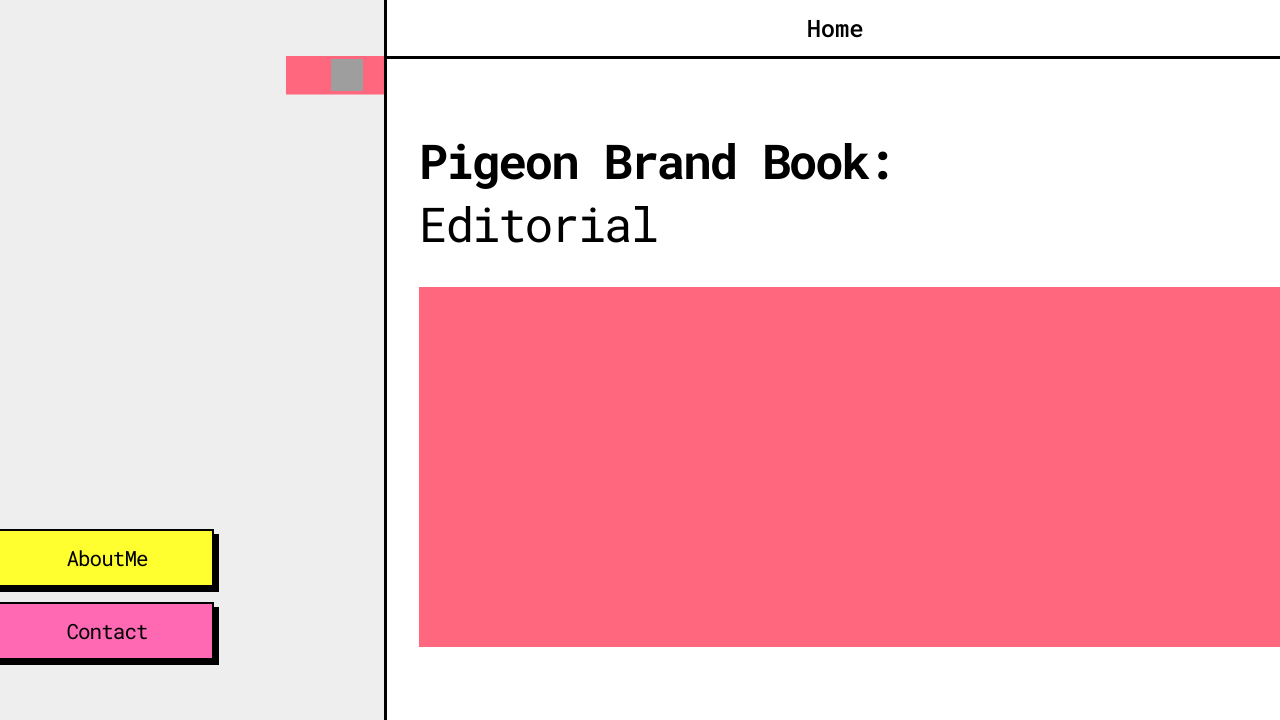
Repository: keesuk/__esuke_
Page: /Pigeon
An editor plug-in stored every save of this project. The page is shown before and after a run of saves, followed by the edit.
The browser window is 1280 px wide. The pictures show the whole page.
Pictures or frames that could not be fetched are drawn as grey boxes. The project was rebuilt for these pictures with package versions that can differ from the ones it lists, and the page was loaded fresh each time. Also part of the build but not shown: src/components/_AboutMe.jsx, src/components/_Contact.jsx, src/components/Left.js, src/components/Introduce.js, src/components/FolioList.js, src/pages/_Projects.jsx.

Above is the page before, as saved 2021-02-06 12:19:26.

### public/index.html
<!DOCTYPE html>
<html lang="kr">
  <head>
    <meta charset="utf-8" />
    <link rel="icon" href="%PUBLIC_URL%/favicon.ico" />
    <meta name="viewport" content="width=device-width, initial-scale=1" />
    <meta name="theme-color" content="#000000" />
    <meta
      name="description"
      content="Web site created using create-react-app"
    />
    <link rel="apple-touch-icon" href="%PUBLIC_URL%/logo192.png" />
    <link rel="manifest" href="%PUBLIC_URL%/manifest.json" />
    <title>React App</title>
  </head>
  <body>
    <div id="root"></div>
  </body>
</html>

### src/index.js
import React from 'react';
import ReactDOM from 'react-dom';
import './index.css';
import Root from './client/Root';
import reportWebVitals from './reportWebVitals';
import { createMuiTheme } from '@material-ui/core/styles';


createMuiTheme({
    typography: {
        useNextVariants: true,
        fontFamily: '"Noto Sans KR"'
    }
});

ReactDOM.render(<Root />, document.getElementById('root'));
reportWebVitals();

### src/index.css
@import url(https://fonts.googleapis.com/earlyaccess/notosanskr.css);
@import url(https://fonts.googleapis.com/css2?family=Roboto+Mono:wght@200;300;400;500;600;700&display=swap);

body {
    margin: 0;
    user-select: none;
    font-family: -apple-system, BlinkMacSystemFont, 'Segoe UI', 'Roboto', 'Oxygen','Ubuntu', 'Cantarell', 'Fira Sans', 'Droid Sans', 'Helvetica Neue',sans-serif;
    font-family: 'Roboto Mono', monospace !important;
    -webkit-font-smoothing: antialiased;
    -moz-osx-font-smoothing: grayscale;
    cursor: url("data:[embedded picture, 1918 characters]"), auto;
}

/* font-family: 'Noto Sans KR' !important; */

code {
    font-family: 'source-code-pro', 'Menlo', 'Monaco', 'Consolas', 'Courier New',monospace;
}

button {
    all: unset;
    cursor: url("data:[embedded picture, 2146 characters]"), pointer;
}

a {
    all: unset;
    cursor: url("data:[embedded picture, 2146 characters]"), pointer;
}

a:visited {
    color: inherit;
}

header {
    all: unset;
}

@keyframes effect {
    0%   { opacity: 0; }
    95%  { opacity: 0; }
    100% { opacity: 1; }
};

### src/client/Root.js
import React from "react";
import { BrowserRouter } from "react-router-dom";
import smoothscroll from 'smoothscroll-polyfill';
import App from "../shared/App";


const Root = () => {
    smoothscroll.polyfill()

    return(
        <BrowserRouter>
            <App/>
        </BrowserRouter>
    )
}

export default Root;

### src/shared/App.js
import { Component } from "react";
import { Route } from "react-router-dom";

import Index from "../components/Index"
import Home from "../components/Home"
import Menu from "../components/Menu"
import Left from "../components/Left"

import styled from "styled-components";
import Projects from "../pages/_Projects.jsx";

import { line_1, all_portFolio, app_Div } from "../_data/_Functions.jsx";

const RightDiv = styled.div`
    width: 70vw;
    margin-left: 30vw;
    z-index: 50;
    border-left: ${line_1};
    background-color: #FFF;
    ${app_Div}
`;
const LeftDiv = styled.div`
    width: 30vw;
    z-index: 0;
    background-color: #EEE;
    ${app_Div}
`;

class App extends Component {
    render() {
        return (<>
            <header>
                <Route path="/">
                    <Home/>
                    <Menu/>
                    <Index/>
                </Route>
            </header>
            <RightDiv>
                <Route exact path="/" component={Projects}/>
                {all_portFolio.map(v =>
                <Route
                    path={"/" + v["title"]}
                    key={v["title"]}
                    component={v["componentR"]}
                />)}
            </RightDiv>
            <LeftDiv>
                <Route path="/" component={Left}/>
            </LeftDiv>
        </>)
    }
}

export default App;

### src/components/Index.js
import React from 'react';
import styled from 'styled-components';
import { NavLink } from "react-router-dom";

import { all_portFolio } from '../_data/_Functions.jsx';

const width = 60
const hoverWidth = 140
const border = 4.5
const right = hoverWidth + 15
const height = width-5
const imgWidth = height - (border * 2)
const marginLeft = width

const IndexDiv = styled.div`
    @media all and (min-width:0px) and (max-width:1080px) {transform: scale(0.6, 0.6);}
    @media all and (min-width:1081px) {transform: scale(0.7, 0.7);}

    transform-origin: top right;
    transition: all .2s;
    position: absolute;
    z-index: 50;
    width: ${width}px;
    margin-left: -${width}px;
    height: 50vh;
    left: 30vw;
    margin-top: 3.5em;
    float: right;

    &:hover {
        @media all and (min-width:0px) and (max-width:1080px) {
            transform: scale(0.9, 0.9);
        }
        @media all and (min-width:1081px) {
            transform: scale(1.0, 1.0);
        }
    }
    .inactive {
        width: 0px;
    }
    .active {
        width: ${hoverWidth}px;
    }
`;
const IndexContent = styled(NavLink)`
    width: ${width}px;
    height: ${height}px;
    float: right;
    padding: 0;
    white-space: nowrap;
    transition: all .2s ease;
    background-color: ${props => props.color};

    &:hover {
        width: ${hoverWidth}px;
    }
    &:active {
        width: ${hoverWidth + 12}px;
    }
    .img {
        margin-left: ${marginLeft}px;
        border: ${border}px solid ${props => props.color};
        width: ${imgWidth}px;
        height: ${imgWidth}px;
    }
    .title {
        right: ${right}px;
        height: ${height}px;
        transform: translateY(-80%);
        position: absolute;
        font-size: 18px;
        font-weight: 400;
        opacity: 0;
        display: none;
    }
    &:hover .title {
        opacity: 1;
        display: block;
    }
`;

const Index = () => {
    return (
        <IndexDiv>
            {all_portFolio.map(v =>
                <IndexContent
                    to={v["title"]}
                    key={v["title"]}
                    color={v["color"]}
                    className="inactive"
                    activeClassName="active"
                >
                    <img className="img" src={v["img"]} alt={""}/>
                    <div className="title">{v["title"]}</div>
                </IndexContent>
            )}
        </IndexDiv>
    )
}

export default Index;

### src/components/Home.js
import React from 'react';
import styled from 'styled-components';
import { Link } from "react-router-dom";
import { line_1, rainbow } from '../_data/_Functions.jsx';


const HomeButton = styled.button`
    position: fixed;
    z-index: 100;
    border-left: ${line_1};
    border-bottom: ${line_1};
    background-color: white;
    width: 70vw;
    height: 3.5em;
    margin-left: 30vw;

    div {
        display: flex;
        font-size: 1.5em;
        font-weight: 500;
        width: 100%;
        justify-content: center;
        align-items: center;
        letter-spacing: -.01em;
    }
    &:after {
        content: "";
        position: absolute;
        width: 30%;
        height: .15em;
        left: 35%;
        right: 35%;
        top: 50%;
        bottom: 50%;
        visibility: hidden;
        background: ${rainbow};
    }
    &:hover:after {
        visibility: visible;
    }
`;

const Home = () => {
    return(
        <Link to="/">
            <HomeButton>
                <div>Home</div>
            </HomeButton>
        </Link>
    )
}
export default Home;

### src/components/Menu.js
import { Component } from "react";
import styled from 'styled-components';
import AboutMe from "../components/_AboutMe.jsx";
import Contact from "../components/_Contact.jsx";

import { line_3, menu_menu, menu_aboutMe } from '../_data/_Functions.jsx';

const MenuDiv = styled.div`
    position: fixed;
    z-index: 1000;
    display: grid;
    grid-gap: 15px;
    margin-left: -30px;
    bottom: 60px;
`;
const MenuObj = styled.div`
    button {
        padding-left: 30px;
        width: 210px;
        height: 54px;
        border: ${line_3};
        box-shadow: 5px 5px black;

        .open {
            font-weight: 400;
            font-size: 21px;
            width: 210px;
            letter-spacing: -1px;
            text-align: center;
            align-items: auto;
        }
        .close {
            position: absolute;
            color: white;
            z-index: 100;
            margin-left: ${props => props.leftText};
            margin-top: ${props => props.marginText};
            font-size: 12px;
            font-weight: 600;
            white-space: nowrap;
            transform: rotate(-90deg);
    }}
    .postIt {
        &:hover {
            text-decoration-line: line-through;
            text-decoration-thickness: 3.5px;
            box-shadow: 6px 6px 6px #999;
        }
        &:active {
            text-decoration-line: line-through;
            text-decoration-thickness: 2px;
            box-shadow: 2px 2px 2px #666;
    }}
    .postItAfter {
        width: ${props => props.width};
        box-shadow: none;
        border-right: 0px;

        &:hover {
            box-shadow: -4px 3.5px 3.5px rgba(0, 0, 0, .5);
        }
        &:after {
            content: "";
            position: absolute;
            width: 58px;
            height: ${props => props.height};
            left: ${props => props.left};
            margin-top: ${props => props.margin};
            background-color: black;
        }
        &:hover:after {
            box-shadow: 0em -.1em .8em rgba(0, 0, 0, .3);
        }
        &:before {
            content: "";
            position: absolute;
            left: ${props => props.left};
            margin-top: -29px;
            width: 0;
            height: 0;
            border-style: solid;
            border-width: 58px 58px 0 0;
            border-color: black transparent transparent transparent;
    }}
`;

class Menu extends Component {
    constructor(props){
        super(props)
        this.state = {
            menu: {},
            aboutMe: {},
        }
        this.postItHandler = this.postItHandler.bind(this)
        this.postItClose = this.postItClose.bind(this)
        this.postItReorder = this.postItReorder.bind(this)
    }

    componentDidMount(){
        this._menu()
        this._aboutMe()
    }
    _menu(){
        const menuObj = {}

        menu_menu.map(v => Object.assign(menuObj, {
            [v.title] : false
        }))
        this.setState({ menu : menuObj })
    }
    _aboutMe(){
        const aboutMeObj = {}

        menu_aboutMe.map(v => Object.assign(aboutMeObj, {
            [menu_aboutMe.indexOf(v)] : {
                "value": menu_aboutMe.indexOf(v),
                "bool" : false
        }}))
        this.setState({ aboutMe : aboutMeObj })
    }
    postItHandler(v){
        const bool = this.state.menu[v]
        const menuObj = this.state.menu
        const aboutMeObj = this.state.aboutMe

        if(v === "AboutMe"){
            if(bool === true){
                for(let key in aboutMeObj){
                    aboutMeObj[key]["value"] = parseInt(key)
                    aboutMeObj[key]["bool"] = false
            }}else{
                for(let key in aboutMeObj){
                    aboutMeObj[key]["bool"] = true
        }}}
        menuObj[v] = !bool

        this.setState({
            menu : menuObj,
            aboutMe : aboutMeObj
        })
    }
    postItClose(num){
        const aboutMeObj = this.state.aboutMe
        aboutMeObj[num]["bool"] = false

        this.setState({ aboutMe : aboutMeObj })
    }
    postItReorder(num){
        const aboutMeObj = this.state.aboutMe
        const last = Object.keys(aboutMeObj).length-1

        for(let key in aboutMeObj) aboutMeObj[key]["value"]--

        aboutMeObj[num]["value"] = last
        this.setState({ aboutMe : aboutMeObj })
    }


    render(){
        const { menu, aboutMe }  = this.state

        return(<>
            {menu["AboutMe"]
                ? menu_aboutMe.map((v, i) =>
                    aboutMe[i]["bool"]
                    ? <AboutMe
                        close={this.postItClose}
                        order={this.postItReorder}
                        value={aboutMe[i]["value"]}
                        tape={v["tape"]}
                        width={v["width"]}
                        color={v["color"]}
                        borColor={v["borColor"]}
                        content={v["content"]}
                        key={i}
                        num={i}/>
                    : null)
                : null
            }
            {menu["Contact"]
                ? <Contact/>
                : null
            }
            <MenuDiv>
                {menu_menu.map(v =>
                    <MenuObj
                        left={v["left"]}
                        leftText={v["leftText"]}
                        margin={v["margin"]}
                        marginText={v["marginText"]}
                        height={v["height"]}
                        width={v["width"]}
                        key={v["title"]}
                    >
                        <button
                            onClick={()=> this.postItHandler(v["title"])}
                            className={menu[v["title"]] ? "postItAfter": "postIt"}
                            style={{backgroundColor: v["color"]}}
                        >
                            {menu[v["title"]]
                                ? <div className="close">Close All</div>
                                : <div className="open">{v["title"]}</div>
                            }
                        </button>
                    </MenuObj>
                )}
            </MenuDiv>
        </>)
    }
}

export default Menu;

### src/_data/_Functions.jsx
import Pigeon from "../pages/_Pigeon.jsx"
import Ruler from "../pages/_Ruler.jsx"
import Onvoyage from "../pages/_Onvoyage.jsx"
import Gmf from "../pages/_Gmf.jsx"
import Samsara from "../pages/_Samsara.jsx"

import PigeonImg from "./img/Pigeon.png"
import RulerImg from "./img/Ruler.png"
import OnvoyageImg from "./img/Onvoyage.png"
import GmfImg from "./img/Gmf.png"
import SamsaraImg from "./img/Samsara.png"

export const yellow = "#ffff2f"
export const deepYellow = "#ccaa66"

export const purple = "rgba(200, 100, 250, .8)"
export const red = "rgba(250, 100, 250, .8)"
export const cyan = "rgba(100, 250, 250, .8)"
export const green = "rgba(150, 250, 80, .8)"

export const pink = "hotpink"
export const rainbow = "linear-gradient(to right, red, orange, yellow, green, cyan, blue, violet)"

export const paperTexture = "https://media.istockphoto.com/photos/paper-texture-background-picture-id667786998?b=1&k=6&m=667786998&s=612x612&w=0&h=8lcKr0m8Vs8JUUHGa7Dz7CZa5ln-xsD5on7nLFKRg8c="

export const blueS = (opacity) => `rgba(0, 0, 250, ${opacity})`
export const redS = (opacity) => `rgba(250, 60, 0, ${opacity})`
export const greenS = (opacity) => `rgba(0, 250, 0, ${opacity})`

export const line_1 = ".19em solid black"
export const line_2 = ".13em solid"
export const line_3 = "2px solid black"
export const line_4 = "2em solid rgba(250, 250, 0, .8)"

export const app_Div = `
    position: fixed;
    overflow: scroll;
    height: 91vh;
    padding-top: 9vh;
`
export const pages_Margin = `
    margin-left: 2.5vw;
    margin-right: 2.5vw;
`
export const introDiv_introduce = "Keesuk Lee is a graphic Designer and Developer living in Seoul, S.Korea."

export const projects_link = [
    {
        "title" : "Instagram",
        "link" : "https://www.instagram.com/keesukeeeeee/",
        "color": "#F58529, #DD2A7B, #8134AF, #515BD4"
    },{
        "title" : "Github",
        "link" : "https://github.com/keesuk",
        "color": "#216e39, #30a14e, #40c463"
    }
]
export const all_portFolio = [
    {
        "title": "Pigeon",
        "category": "Editorial",
        "color" : "#ff677f",
        "img" : PigeonImg,
        "componentR" : Pigeon,
        "componentL" : null,
    },{
        "title": "Samsara",
        "category": "Poster",
        "color" : "purple",
        "img" : SamsaraImg,
        "componentR" : Samsara,
        "componentL" : null,
    },{
        "title": "Ruler",
        "category": "Editorial",
        "color" : "blue",
        "img" : RulerImg,
        "componentR" : Ruler,
        "componentL" : null,
    },{
        "title": "on Voyage",
        "category": "VR UI/UX",
        "color" : "white",
        "img" : OnvoyageImg,
        "componentR" : Onvoyage,
        "componentL" : null,
    },{
        "title": "GMF Festival",
        "category": "Branding",
        "color" : "#3EB489",
        "img" : GmfImg,
        "componentR" : Gmf,
        "componentL" : null,
    }
]
export const menu_menu = [
    {
        "title" : "AboutMe",
        "color": yellow,
        "left" : "122px",
        "leftText" : "86px",
        "height" : "66px",
        "margin" : "-95px",
        "marginText" : "-57px",
        "width" : "90px"
    },{
        "title" : "Contact",
        "color": pink,
        "left" : "48px",
        "leftText" : "13px",
        "height" : "139px",
        "margin" : "-168px",
        "marginText" : "-130px",
        "width" : "16px"
    }
]
export const menu_aboutMe = [
    {
        "content" : "",
        "width" : "300px",
        "color" : "white",
        "borColor" : "#aaa",
        "tape" : {
            "angle" : randomize([-30, -20, -10, -5, 2, 10, 20, 30]),
            "color" : randomize([purple, red]),
            "length" :"80px",
        }
    },{
        "content" : "",
        "width" : "300px",
        "color" : "white",
        "borColor" : "#aaa",
        "tape" : {
            "angle" : randomize([-36, -27, -13, -7, 5, 13, 27, 36]),
            "color" : randomize([cyan, green]),
            "length" : "160px",
        }
    },{
        "content" : "",
        "width" : "200px",
        "color" : yellow,
        "borColor" : deepYellow,
        "tape" : null,
    },{
        "content" : "",
        "width" : "200px",
        "color" : yellow,
        "borColor" : deepYellow,
        "tape" : null,
    },{
        "content" : "",
        "width" : "200px",
        "color" : yellow,
        "borColor" : deepYellow,
        "tape" : null,
    },{
        "content" : "",
        "width" : "200px",
        "color" : yellow,
        "borColor" : deepYellow,
        "tape" : null,
    },{
        "content" : "",
        "width" : "200px",
        "color" : yellow,
        "borColor" : deepYellow,
        "tape" : null,
    },{
        "content" : "",
        "width" : "200px",
        "color" : yellow,
        "borColor" : deepYellow,
        "tape" : null,
    }
]


export function randomize(items) {
    const item = items[Math.floor(Math.random() * items.length)]
    return item
}

export function change(items) {
    let i = 0

    function changeRe(items){
        i = (i+1) % items.length
        return items[i]
    }
    return changeRe(items)
}

export function move(arr, from, to){
    return arr.splice(to, 0, arr.splice(from, 1)[0])
}

export function findObject(obj, boolean) {
    let arr = obj

    if (!Array.isArray(arr)) arr = Object.values(arr)

    return arr.find((value) => {
        return value.bool === boolean
    })
}

### src/pages/_Pigeon.jsx
import styled from 'styled-components';

const TitleDiv = styled.div`
    margin-left: 2.5vw;
    margin-right: 2.5vw;
    margin-bottom: 2.5vw;
    margin-top: 5vw;
    font-size: 3em;
    font-weight: 400;
    letter-spacing: -.05em;
`;
const TitlePicDiv = styled.div`
    margin-left: 2.5vw;
    background-color: #ff677f;
    width: 100%;
    height: 50vh;
`;
const _Pigeon = () => {
    return(<>
        <TitleDiv>
            <strong>Pigeon Brand Book:</strong><br/>
            Editorial
        </TitleDiv>
        <TitlePicDiv/>
    </>)
}

export default _Pigeon;

### src/pages/_Ruler.jsx
const Ruler = () => {
    return(
        null
    )
}

export default Ruler;

### src/pages/_Onvoyage.jsx
const _Onvoyage = () => {
    return(
        null
    )
}

export default _Onvoyage;

### src/pages/_Gmf.jsx
const _Gmf = () => {
    return(
        null
    )
}

export default _Gmf;

### src/pages/_Samsara.jsx
const Samsara = () => {
    return(
        null
    )
}

export default Samsara;

Loaded but not shown: src/reportWebVitals.js (common file)

After the next 3 saves:
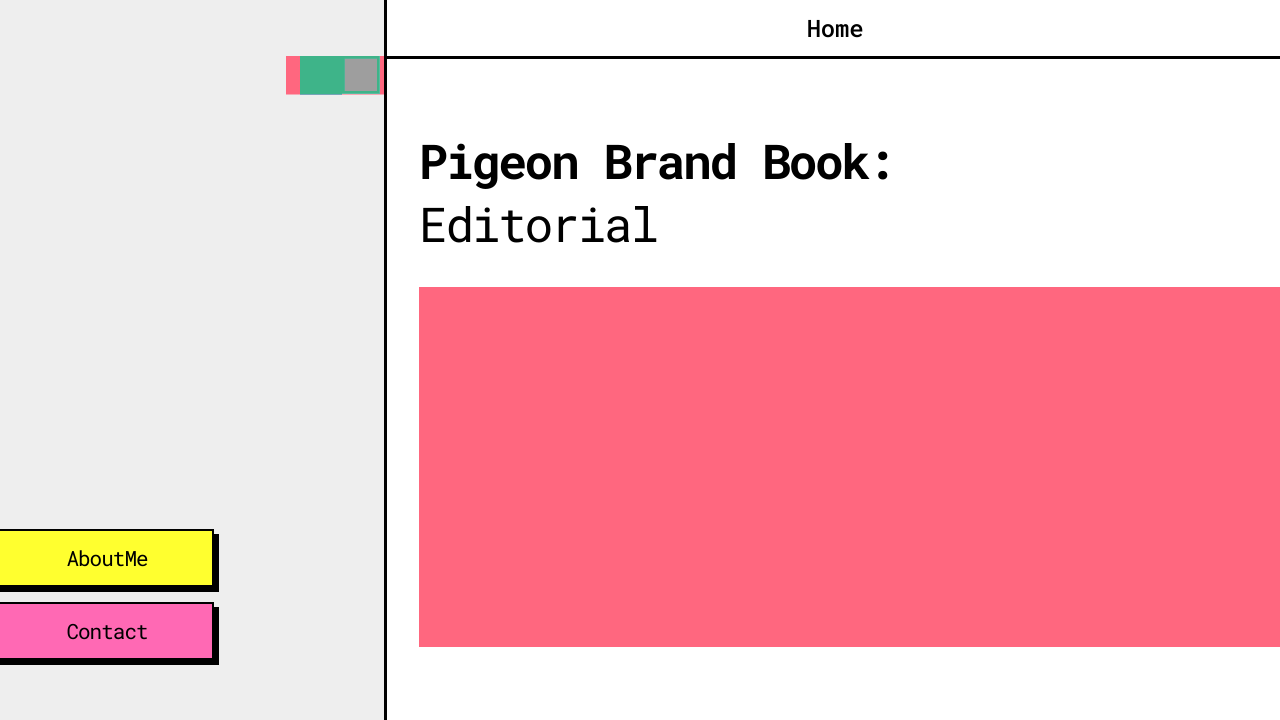
The 3 saves are shown as one change because they came seconds apart.
The last was saved 34 s later.
--- a/src/components/Index.js
+++ b/src/components/Index.js
@@ -36,7 +36,7 @@
         }
     }
     .inactive {
-        width: 0px;
+        margin-left: -${width}px;
     }
     .active {
         width: ${hoverWidth}px;
